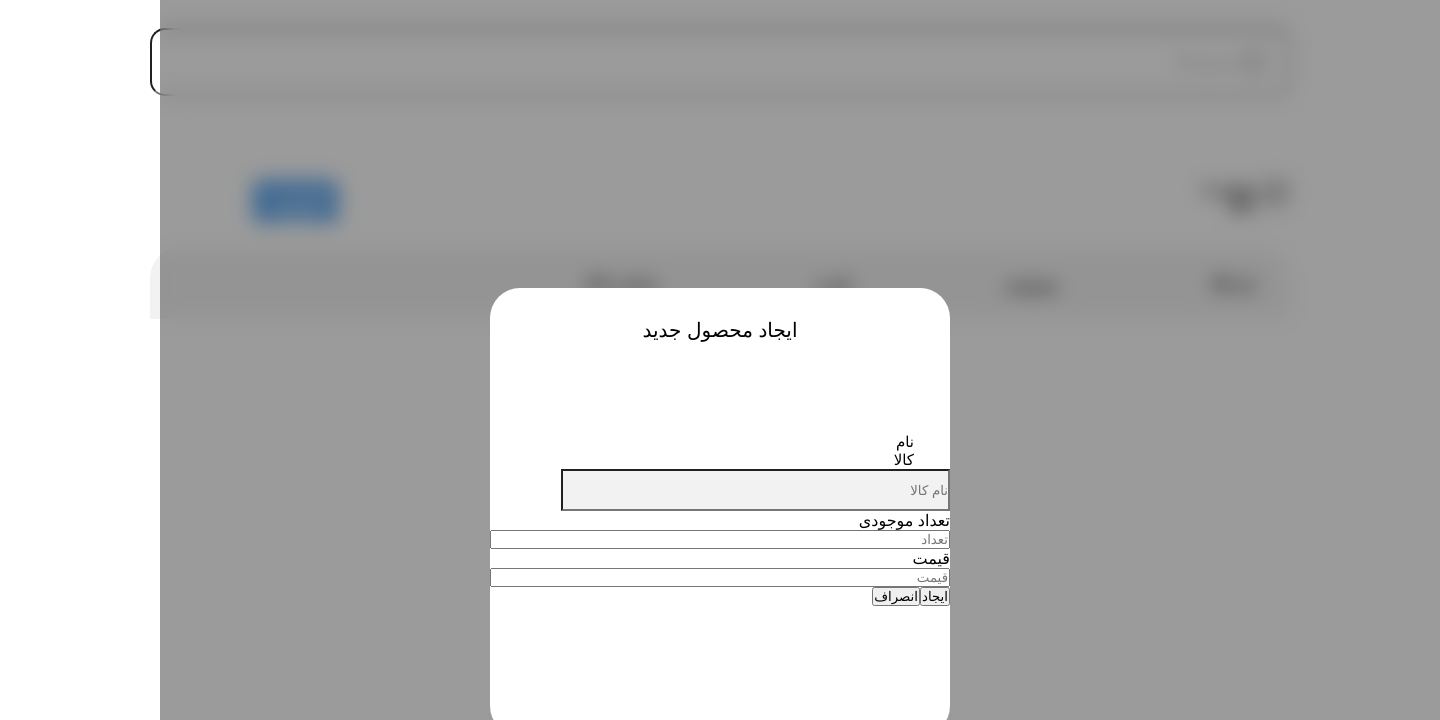
Repository: sobhan-rahimii/project-panel-admin-Next.Js
Page: /dashboard, after clicking the first element matching `button.Dashboard_7644c_addproduct`
These files come from the project's save history. The page is drawn as it stood at one moment and after the next save; the edit follows.
The browser window is 1280 px wide. The page is 1440 px wide, so the pictures cover 1440 px, including what lies to the right of the window. The pictures show the whole page.
The page's requests for data from a server got no answer. The project was rebuilt for these pictures with package versions that can differ from the ones it lists, and the page was loaded fresh each time. The framework's server and built-in components were replaced by stand-ins that run in the browser. No one was signed in, and anything a server would have sent is missing. Also part of the build but not shown: next.config.mjs.

Above is the page before, as saved 2025-09-01 15:41:16.

After the next save:
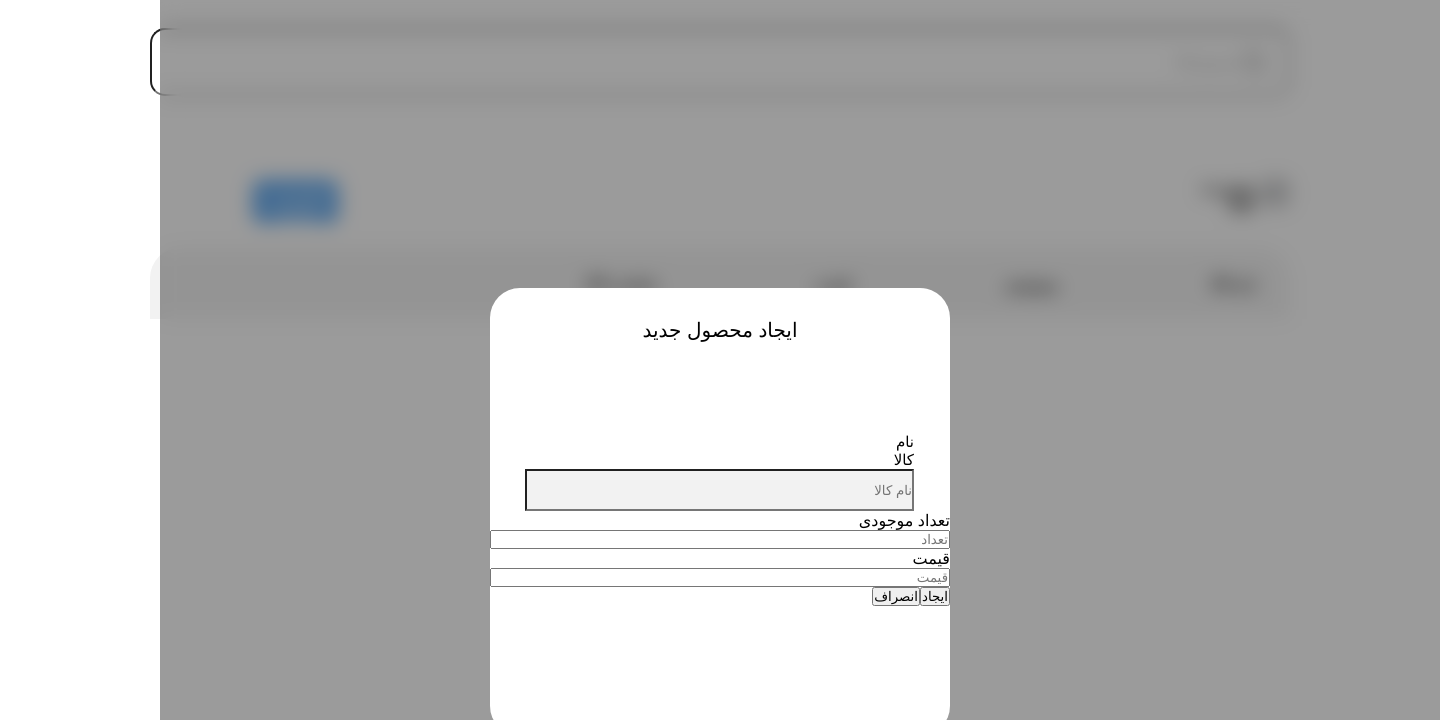
Saved 4 s later.
--- a/styles/AddProductModal.module.css
+++ b/styles/AddProductModal.module.css
@@ -45,5 +45,6 @@
     width: 389px;
     height: 42px;
     background-color: rgba(242, 242, 242, 1);
-    ma
+    margin-right: 36px;
+
 }
